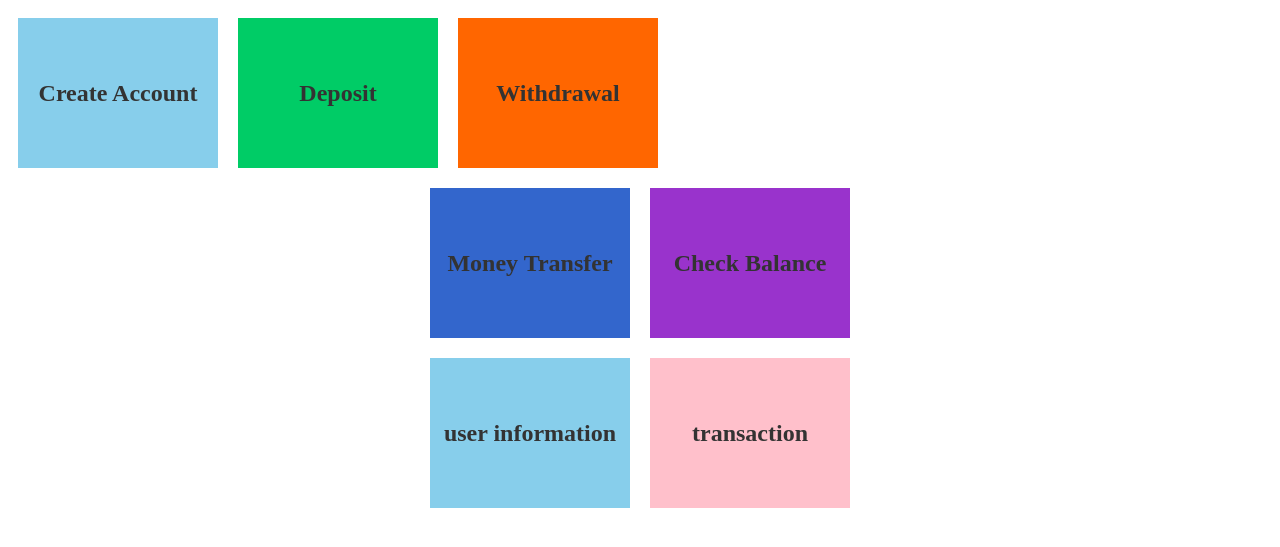
Repository: HT13M19/kuldeep
Page: GGGG/Demo2/src/main/webapp/midden.html
These files come from the project's save history. The page is drawn as it stood at one moment and after the next save; the edit follows.
The browser window is 1280 px wide. The pictures show the whole page.

Above is the page before, as saved 2023-09-22 16:40:22.

### GGGG/Demo2/src/main/webapp/midden.html
<!DOCTYPE html>
<html>
<head>
	<title>Transaction Boxes Example</title>
	<style>
		.box {
			width: 200px;
			height: 150px;
			background-color: #F0F0F0;
			margin: 10px;
			float: left;
			text-align: center;
			line-height: 150px;
			font-size: 24px;
			font-weight: bold;
			color: #333333;
			text-decoration: none;
			cursor: pointer;
			transition: background-color 0.2s ease-in-out;
		}
		.box:hover {
			background-color: #CCCCCC;
		}
		.deposit { background-color: #00CC66; }
		.withdrawal { background-color: #FF6600; }
		.transfer { background-color: #3366CC; }
		.check { background-color: #9933CC; }
		.User { background-color: skyblue; }
		.transaction { background-color: pink; }
		.container {
			width: 440px;
			margin: 0 auto;
		}
		.container:after {
			content: "";
			display: table;
			clear: both;
		}
		.container div {
			width: 200px;
			float: left;
		}
	</style>
</head>
<body>
	<div class="Test-align">
		<a href="CreateAccount.jsp" class="box User">Create Account</a>
	</div>
	<div class="Test-align">
		<a href="Deposit.jsp" class="box deposit">Deposit</a>
		<a href="withdrawal.jsp" class="box withdrawal">Withdrawal</a>
	</div>
	<div class="container">
		<a href="moneytransfer.jsp" class="box transfer">Money Transfer</a>
		<a href="#" class="box check">Check Balance</a>
	</div>
	<div class="container">
		<a href="Adminuser.jsp" class="box User">user information</a>
		<a href="#" class="box transaction">transaction</a>
	</div>
</body>
</html>

After the next save:
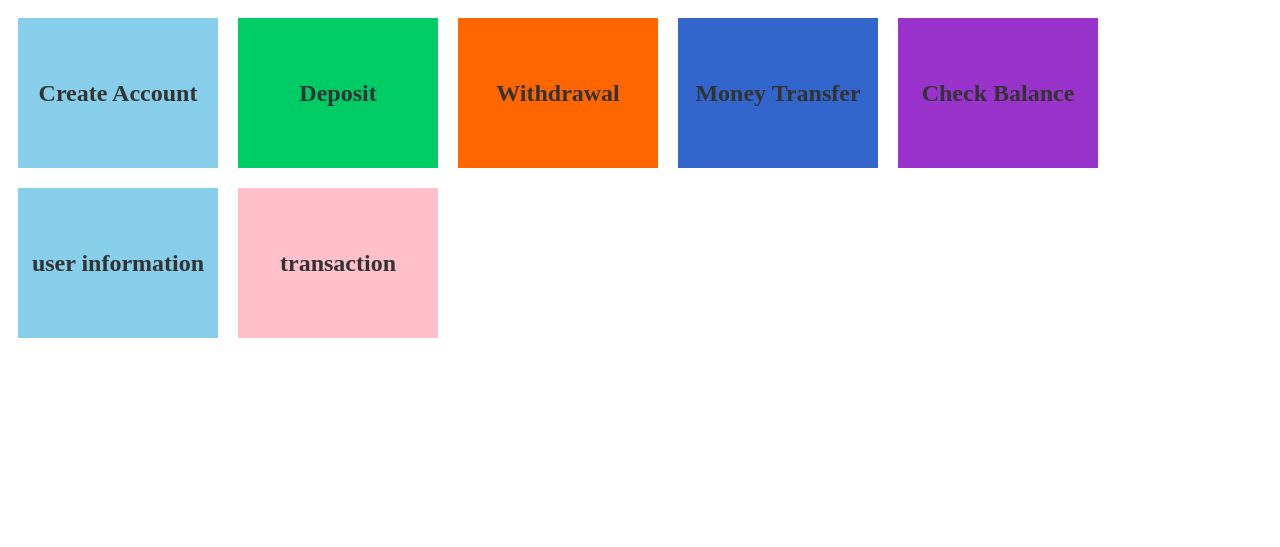
Saved 12 s later.
--- a/GGGG/Demo2/src/main/webapp/midden.html
+++ b/GGGG/Demo2/src/main/webapp/midden.html
@@ -50,11 +50,11 @@
 		<a href="Deposit.jsp" class="box deposit">Deposit</a>
 		<a href="withdrawal.jsp" class="box withdrawal">Withdrawal</a>
 	</div>
-	<div class="container">
+	<div class="Test-align">
 		<a href="moneytransfer.jsp" class="box transfer">Money Transfer</a>
 		<a href="#" class="box check">Check Balance</a>
 	</div>
-	<div class="container">
+	<div class="Test-align">
 		<a href="Adminuser.jsp" class="box User">user information</a>
 		<a href="#" class="box transaction">transaction</a>
 	</div>
